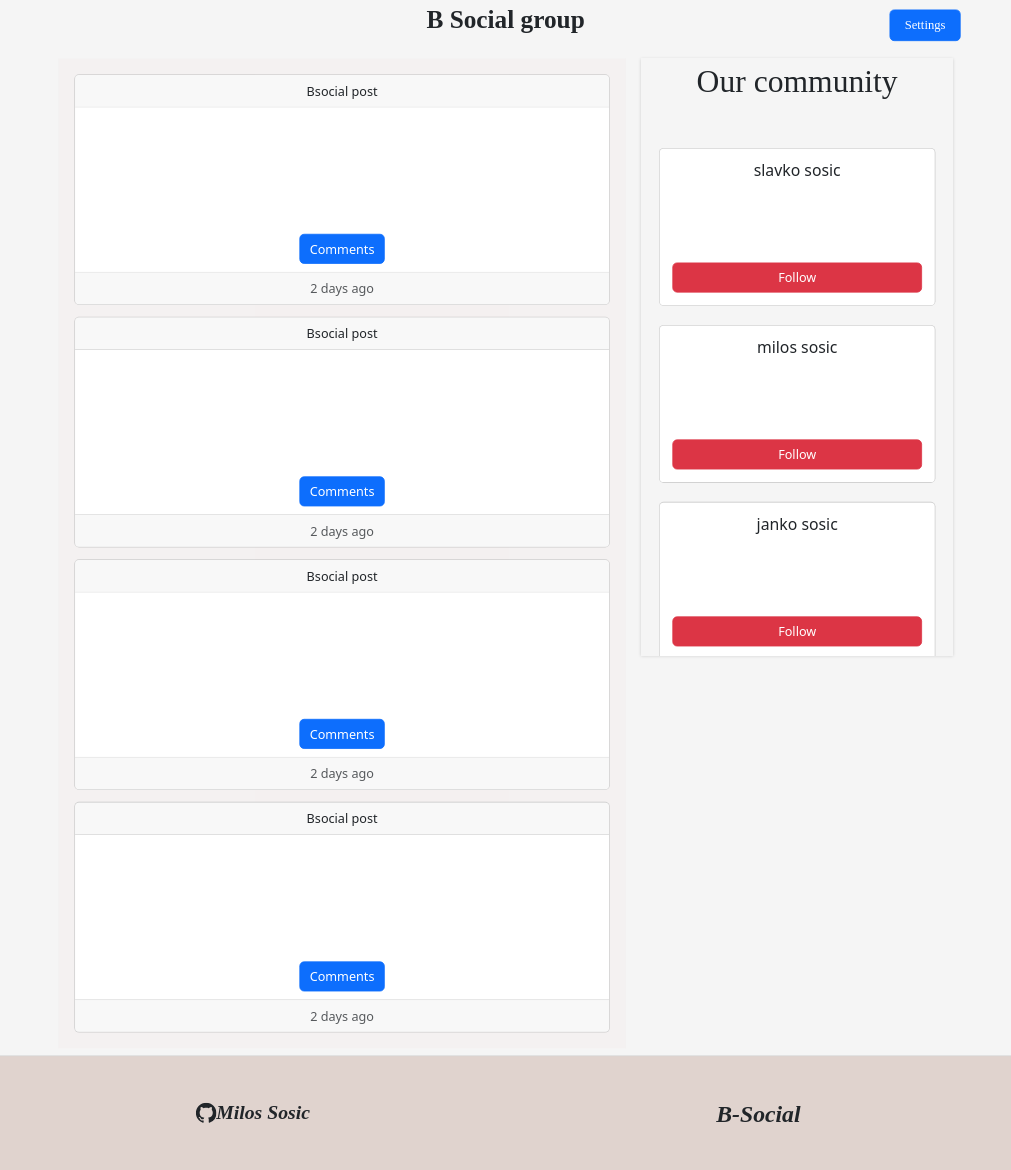
Repository: mcedo1/b-Social-app
Page: /main
An editor plug-in stored every save of this project. The page is shown before and after a run of saves, followed by the edit.
The browser window is 1280 px wide. The pictures show the whole page, at 79% of full size.
The project was rebuilt for these pictures with package versions that can differ from the ones it lists, and the page was loaded fresh each time. Also part of the build but not shown: src/components/log.reg.component/Login.js, src/components/log.reg.component/Registration.js, src/components/submain.component/Comment.js, src/components/about.us.component/NewFollowers.js, src/components/about.us.component/AboutUs.js.

Above is the page before, as saved 2024-02-03 15:58:34.

### src/index.js
import React from 'react';
import ReactDOM from 'react-dom/client';
import './index.css';
import App from './App';
import reportWebVitals from './reportWebVitals';
import {
  BrowserRouter as Router
} from "react-router-dom";
import 'bootstrap/dist/css/bootstrap.min.css';
import 'react-toastify/dist/ReactToastify.css';

const root = ReactDOM.createRoot(document.getElementById('root'));
root.render(
  <React.StrictMode>
    <Router>
      <App />
    </Router>
  </React.StrictMode>
);

// If you want to start measuring performance in your app, pass a function
// to log results (for example: reportWebVitals(console.log))
// or send to an analytics endpoint. Learn more: https://bit.ly/CRA-vitals
reportWebVitals();

### src/App.js
import './App.css';
import Footer from './components/footer.component/Footer';
import Login from './components/log.reg.component/Login';
import Registration from './components/log.reg.component/Registration';
import MainPage from './components/main.page.component/MainPage';
import WebSocket from 'websocket';
import { useEffect } from 'react';
import {
  Routes,
  Route,
} from "react-router-dom";
import AboutUsCommponent from './components/about.us.component/AboutUs';
import { ToastContainer } from 'react-toastify';


function App() {
//   useEffect(() => {
//     // Establish a WebSocket connection
//     const ws = new WebSocket('wss://localhost:8080');

//     // Set up event listeners
//     ws.onopen = () => {
//       console.log('WebSocket connection opened');
//     };

//     ws.onmessage = (event) => {
//       console.log('Received message:', event.data);
//       // Handle the incoming message
//     };

//     ws.onclose = () => {
//       console.log('WebSocket connection closed');
//     };

//     // Clean up the WebSocket connection when the component is unmounted
//     return () => {
//       ws.close();
//     };
//   }, []);


  return (
    <div className='App'>
      <div className="Main">
        <ToastContainer/>
        <Routes>
          <Route index path="/" element={<Login />} />
          <Route path="/reg" element={<Registration />} />
          <Route path="/main" element={<MainPage />} />
          <Route path='aboutUs' element={<AboutUsCommponent/>}/>
        </Routes>
      </div>
      <Footer/>
     </div>
  );
}

export default App;

### src/components/footer.component/Footer.js
import React from 'react'
import './Footer.css';

function Footer() {
  return (
      <div className='Footer'>
      <div className='Left'>
      <svg xmlns="http://www.w3.org/2000/svg" width="26" height="26" fill="currentColor" class="bi bi-github" viewBox="0 0 16 16">
  <path d="M8 0C3.58 0 0 3.58 0 8c0 3.54 2.29 6.53 5.47 7.59.4.07.55-.17.55-.38 0-.19-.01-.82-.01-1.49-2.01.37-2.53-.49-2.69-.94-.09-.23-.48-.94-.82-1.13-.28-.15-.68-.52-.01-.53.63-.01 1.08.58 1.23.82.72 1.21 1.87.87 2.33.66.07-.52.28-.87.51-1.07-1.78-.2-3.64-.89-3.64-3.95 0-.87.31-1.59.82-2.15-.08-.2-.36-1.02.08-2.12 0 0 .67-.21 2.2.82.64-.18 1.32-.27 2-.27s1.36.09 2 .27c1.53-1.04 2.2-.82 2.2-.82.44 1.1.16 1.92.08 2.12.51.56.82 1.27.82 2.15 0 3.07-1.87 3.75-3.65 3.95.29.25.54.73.54 1.48 0 1.07-.01 1.93-.01 2.2 0 .21.15.46.55.38A8.01 8.01 0 0 0 16 8c0-4.42-3.58-8-8-8"/>
</svg>
       <b> Milos Sosic</b>
      </div>
      <div className='Right'>
        <i>B-Social</i>
      </div>
    </div>
  )
}

export default Footer

### src/components/main.page.component/MainPage.js
import React, { useState, useEffect } from "react";
import "./MainPage.css";
import SideBar from "./sideBar";
import Submain from "../submain.component/Submain";
import { Button } from "react-bootstrap";

function MainPage() {
  const [showScrollTopButton, setShowScrollTopButton] = useState(false);

  useEffect(() => {
    const handleScroll = () => {
      const scrollY = window.scrollY;
      setShowScrollTopButton(scrollY > window.innerHeight);
    };

    window.addEventListener("scroll", handleScroll);

    return () => {
      window.removeEventListener("scroll", handleScroll);
    };
  }, []);

  const handleScrollTop = () => {
    // Scrollajte na vrh stranice
    window.scrollTo({ top: 0, behavior: "smooth" });
  };

  return (
    <div className="MainPage">
      <SideBar />
      <Submain />
      {showScrollTopButton && (
        <Button
          onClick={handleScrollTop}
          style={{ position: "fixed", bottom: "20px", right: "5px" }}
          className="btn btn-dark"
        >
          On top
        </Button>
      )}
    </div>
  );
}

export default MainPage;

### src/components/footer.component/Footer.css
.Footer {
  background-color: #e0d3ce;

  height: 20vh;
  display: flex;
  flex-direction: row;
  box-shadow: rgba(0, 0, 0, 0.02) 0px 1px 3px 0px,
    rgba(27, 31, 35, 0.15) 0px 0px 0px 1px;
}
.Left {
  flex: 1;
  display: flex;
  justify-content: center;
  align-items: center;
  font-size: 25px;
  font-family: "Times New Roman", Times, serif;
  font-style: italic;
}

.Left b:hover {
  cursor: pointer;
  font-size: 27px;
}

.Right {
  flex: 1;
  display: flex;
  justify-content: center;
  align-items: center;
  font-family: "Times New Roman", Times, serif;
  font-weight: 700;
  font-size: 30px;
}

.Right i:hover {
  cursor: pointer;
  font-size: 31px;
}

### src/components/log.reg.component/Login.css
.Login {
    flex: 1;
    display: flex;
    justify-content: center;
    align-items: center;
    background-color: #f3f3ef;
    box-shadow: rgba(0, 0, 0, 0.1) 0px 4px 12px;
    margin: 20px 0;
}

p:hover {
    cursor: default;
}

### src/API/Api.js
import axios from "axios";
import ApiConfig from "../config/apiconfig";

export default function api(path, body, method) {
     const requestDATA = {
          method: method,
          baseURL: ApiConfig.API_URL,
          url: path,
          data: body,
          headers: {
               "Content-Type": "application/json",
               Authorization: getToken(),
          },
     };

     return new Promise((resolve, reject) => {
          axios(requestDATA)
               .then((res) => responseHandler(res, resolve))
               .catch(async (error) => {
                    console.log(error.response.status, error.response.data)
                    if (error.response.status === 401) {
                         const response = {
                              status: "login Error",
                              data: error.response.data.message,
                         };

                         return resolve(response);
                    }

                    const response = {
                         status: "Conflict",
                         data: error.response.data.message,
                    };
                    resolve(response);
               });
     });
}

async function responseHandler(res, resolve) {

    if (res.status < 200 || res.status >= 300) {
          const response = {
               status: "service Error",
               data: res.data,
          };

          return resolve(response);
     }
     let response;
     if (res.data.errorStatus < 0)
          response = {
               status: "login Error",
               data: res.data,
          };
     else
          response = {
               status: "ok",
               data: res.data,
          };
     return resolve(response);
}

export function getToken() {
     const token = localStorage.getItem("api_token");
     return "Berer " + token;
}

export function saveToken(token) {
     localStorage.setItem("api_token", token);
}

export function saveIdentity(identity) {
     localStorage.setItem("api_identity", identity);
}

export function getIdentity() {
     return localStorage.getItem("api_identity");
}

export function delIdentity() {
     localStorage.removeItem('api_identity')
}
export function delToken() {
     localStorage.removeItem('api_token')
}

### src/components/main.page.component/MainPage.css
.MainPage {
    flex: 1;
    display: flex;
    flex-direction: column;
}


.Naslov {
    display: flex;
    justify-items: end;
    font-size: xx-large;
    font-weight: bolder;

    font-family: 'Lucida Sans', 'Lucida Sans Regular', 'Lucida Grande', 'Lucida Sans Unicode', Geneva, Verdana, sans-serif;
}
.Setting-button {
    flex: 1;
    display: flex;
    justify-content: end;
    align-items: center;
}

### src/components/main.page.component/sideBar.js
import React, { useState } from "react";
import Offcanvas from "react-bootstrap/Offcanvas";
import Button from "react-bootstrap/Button";
import { Link } from "react-router-dom";
import { useNavigate } from "react-router-dom";
import { delIdentity, delToken } from "../../API/Api";

function SideBar() {
     const [show, setShow] = useState(false);
     const navigate = useNavigate();
     const handleClose = () => setShow(false);
     const handleShow = () => setShow(true);

     const handleLogOut = () => {
          delIdentity()
          delToken()
          navigate("/");
     };

     return (
          <>
               <div className="Naslov">
                    <div style={{ flex: "1" }}></div>
                    <div>
                         <p style={{ fontFamily: "cursive" }}>B Social group</p>
                    </div>
                    <div className="Setting-button">
                         <Button
                              style={{
                                   width: "90px",
                                   height: "40px",
                                   fontFamily: "cursive",
                              }}
                              variant="primary"
                              onClick={handleShow}>
                              Settings
                         </Button>
                    </div>
                    <hr />
               </div>

               <Offcanvas show={show} onHide={handleClose}>
                    <Offcanvas.Header closeButton>
                         <Offcanvas.Title
                              style={{
                                   fontFamily: "cursive",
                                   fontSize: "35px",
                              }}>
                              B-social routes
                         </Offcanvas.Title>
                    </Offcanvas.Header>
                    <hr />
                    <Offcanvas.Body
                         style={{
                              display: "flex",
                              flexDirection: "column",
                              justifyContent: "space-between",
                         }}>
                         <div>
                              <p>
                                   <Link
                                        to={"/main"}
                                        style={{
                                             textDecoration: "none",
                                             fontFamily: "cursive",
                                             fontSize: "23px",
                                        }}>
                                        Main Panel
                                   </Link>
                              </p>
                              <p>
                                   <Link
                                        to={"/aboutUs"}
                                        style={{
                                             textDecoration: "none",
                                             fontFamily: "cursive",
                                             fontSize: "20px",
                                        }}>
                                        About Us!
                                   </Link>
                              </p>
                         </div>
                         <Button
                              style={{
                                   alignSelf: "end",
                                   fontFamily: "cursive",
                              }}
                              variant="danger"
                              onClick={handleLogOut}>
                              Sign Out!
                         </Button>
                    </Offcanvas.Body>
               </Offcanvas>
          </>
     );
}

export default SideBar;

### src/components/submain.component/Submain.js
import React, { useState } from "react";
import "../submain.component/Submain.css";
import Post from "./Post";
import FollowerComponent from "./FollowerComponet";
function Submain() {

  const [post, setPost] = useState({
    postId: '',
    content: "Restauracija starih spomenika",
    userId: 7,
    timestamp: "2024-01-29T17:20:55.000Z",
    username: 'stefo'
  })
  const [posts, setPosts] = useState([post, post, post])

  return (
    <div className="Submain">
      <div className="Posts">
        {posts.map((p, index)=> <Post/>)}
        <Post />
      </div>
      <div className="Followers">
        <p style={{fontFamily:'cursive', fontSize:'40px', flex:'1px', display:'flex', justifyContent:'center'}}>Our community</p>
        <FollowerComponent/>
      </div>
    </div>
  );
}

export default Submain;

### src/config/apiconfig.js

const ApiConfig = {
    API_URL: 'http://localhost:3001',
}

export default ApiConfig;

### src/components/submain.component/Submain.css
.Submain {
  flex: 1;
  display: flex;
  flex-direction: row;
}

.Posts {
  flex: 3;
  margin: 10px;
  padding: 5px;
  background-color: rgba(237, 217, 217, 0.16);
}
.Followers {
  box-shadow: rgba(0, 0, 0, 0.16) 0px 1px 4px;
  margin: 10px;
  padding: 0px 5px;
  max-height: 105vh;

}

### src/components/submain.component/Post.js
import React from "react";
import MyModal from "./Modal";

function Post({postId, content, userId, timestamp, username}) {
  return (
    <div style={{ margin: "15px " }}>
      <div class="card text-center">
        <div class="card-header">Bsocial post</div>
        <div class="card-body" style={{ minHeight: "150px" }}>
          <h5 class="card-title">{username}</h5>
          <p class="card-text" className="lead">
            {content}
          </p>
        </div>
        <MyModal />
        <div class="card-footer text-muted">2 days ago</div>
      </div>
    </div>
  );
}

export default Post;

### src/components/submain.component/FollowerComponet.js
import React from "react";
import "bootstrap/dist/css/bootstrap.min.css";

const FollowerCard = ({ firstName, lastName, userid }) => {
    return (
        <div className="col-md-4 mb-4">
            <div className="card" style={{ width: "350px", height: "200px", margin:'5px' }}>
                <div className="card-body d-flex flex-column justify-content-between">
                    <h5 className="card-title d-flex justify-content-center">{`${firstName} ${lastName}`}</h5>
                    <button className="btn btn-danger">Follow</button>
                </div>
            </div>
        </div>
    );
};

const FollowerComponent = () => {

    let lista = [
        {firstName: 'slavko', lastName:'sosic', userid:'123'},
        {firstName: 'milos', lastName:'sosic', userid:'123'},
        {firstName: 'janko', lastName:'sosic', userid:'123'},
        {firstName: 'marko', lastName:'sosic', userid:'123'},
        {firstName: 'milutin', lastName:'sosic', userid:'323'},
        {firstName: 'jovan', lastName:'sosic', userid:'323'},
        {firstName: 'david', lastName:'sosic', userid:'323'},
        {firstName: 'ratko', lastName:'sosic', userid:'323'},
        {firstName: 'slobaodan', lastName:'sosic', userid:'135'},
    ]
    return (
        <div className="container mt-5">
            <div
                className="column"
                style={{
                    overflowY: "auto",
                    maxHeight: "90vh",
                    overflowX: "hidden",
                }}>
                                {lista.map((follower, index)=> {
                return <FollowerCard firstName={follower.firstName} lastName={follower.lastName} userid={follower.userid}/>
            })}
            </div>
        </div>
    );
};
export default FollowerComponent;

### src/components/submain.component/Modal.js
import React, { useState } from "react";
import { Button, Form, Modal } from "react-bootstrap";
import "bootstrap/dist/css/bootstrap.min.css";
import Comment from "./Comment";

const MyModal = () => {
  const [showModal, setShowModal] = useState(false);

  const handleModalOpen = () => setShowModal(true);
  const handleModalClose = () => setShowModal(false);

  return (
    <div>
      <Button
        variant="primary"
        onClick={handleModalOpen}
        style={{ margin: "10px 0" }}
      >
        Comments
      </Button>

      <Modal show={showModal} onHide={handleModalClose} size="lg">
        <Modal.Header closeButton>
          <Modal.Title>Primjer modala</Modal.Title>
        </Modal.Header>
        <Modal.Body style={{ display: "flex", flexDirection: "column" }}>
          <Form>
            <div class="form-group">
              <label for="exampleFormControlTextarea1">
                Comment this post!
              </label>
              <textarea
                class="form-control"
                id="exampleFormControlTextarea1"
                rows="3"
                style={{ maxHeight: "150px" }}
              ></textarea>
            </div>

            <Button
              variant="primary"
              type="submit"
              style={{ margin: "10px 0" }}
            >
              Pošalji
            </Button>
          </Form>
          <Comment username={"Milos Sosic"} date={"23-02-2024"} />
          <Comment username={"Milos Sosic"} date={"23-02-2024"} />
          <Comment username={"Milos Sosic"} date={"23-02-2024"} />
          <Comment username={"Milos Sosic"} date={"23-02-2024"} />
        </Modal.Body>
        <Modal.Footer>
          <Button variant="secondary" onClick={handleModalClose}>
            Zatvori
          </Button>
        </Modal.Footer>
      </Modal>
    </div>
  );
};

export default MyModal;

Loaded but not shown: public/index.html (common file); src/index.css (common file); src/reportWebVitals.js (common file); src/App.css (common file)

After the next 2 saves:
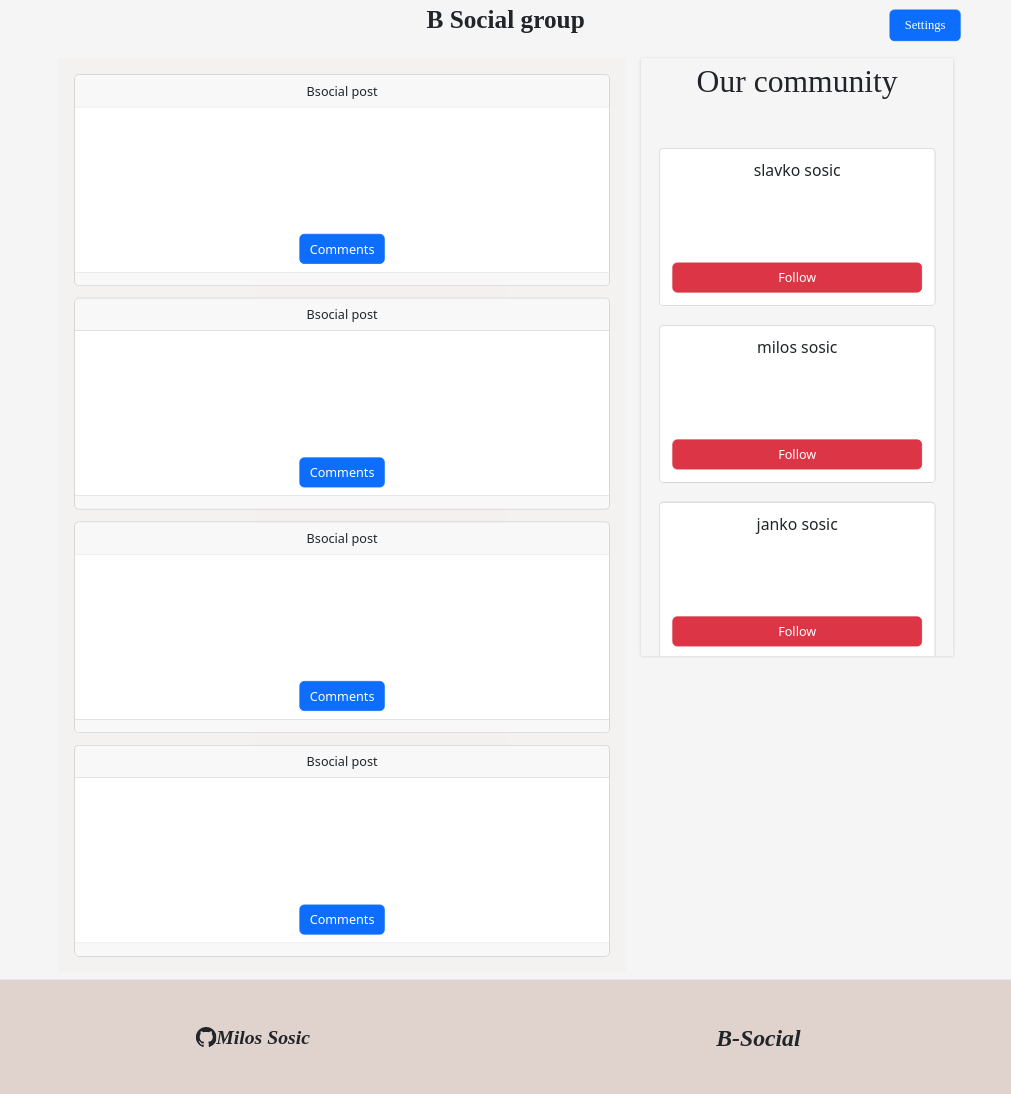
The 2 saves are shown as one change because they came seconds apart.
The last was saved 14 s later.
--- a/src/components/submain.component/Post.js
+++ b/src/components/submain.component/Post.js
@@ -13,7 +13,7 @@ function Post({postId, content, userId, timestamp, username}) {
           </p>
         </div>
         <MyModal />
-        <div class="card-footer text-muted">2 days ago</div>
+        <div class="card-footer text-muted">{}</div>
       </div>
     </div>
   );
